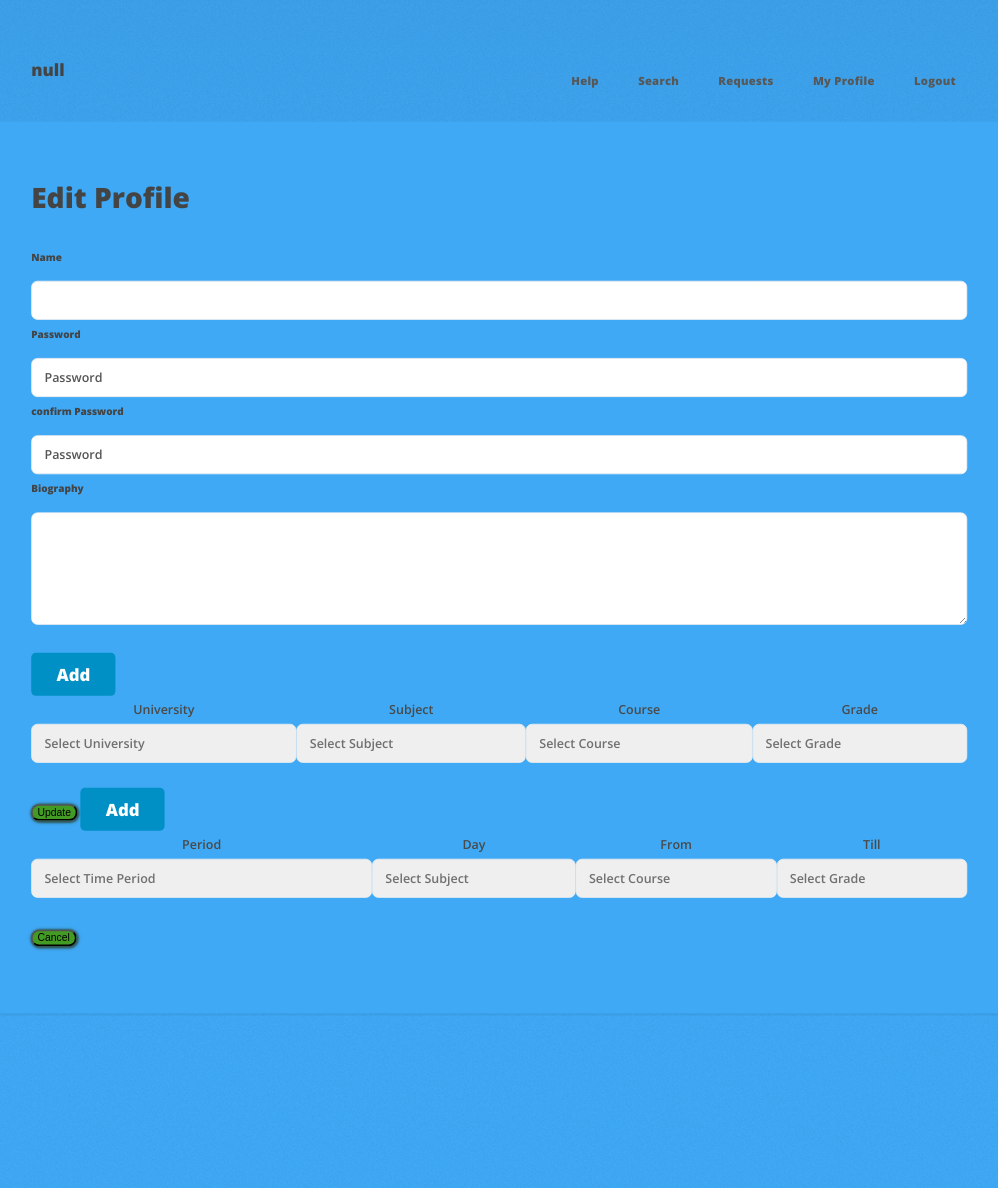
Repository: unibe-ese/ese2015-team7
Page: http://localhost/Skeleton/pages/editProfile.jsp
An editor plug-in stored every save of this project. The page is shown before and after the next save, followed by the edit.
The browser window is 1280 px wide. The pictures show the whole page, at 78% of full size.
Some web fonts or font styles are not loaded; a fallback is used. The page is served by Tomcat 9. Nobody is signed in. The application's start-up code is not run. Other server files are loaded and not shown. The template is opened directly, without the code that normally fills it, so the values that code supplies are empty.

Above is the page before, as saved 2015-11-01 19:29:42.

### Prototype/Skeleton/src/main/webapp/pages/editProfile.jsp
<%@ page language="java" pageEncoding="UTF-8" contentType="text/html;charset=utf-8" %>
<%@ taglib prefix="c" uri="http://java.sun.com/jsp/jstl/core" %>
<%@ taglib prefix="form" uri="http://www.springframework.org/tags/form" %>
<%@ taglib prefix="spring" uri="http://www.springframework.org/tags" %>
<%@ taglib prefix="security" uri="http://www.springframework.org/security/tags" %>
<%@ taglib prefix="fn" uri="http://java.sun.com/jsp/jstl/functions"%>



<c:import url="template/header.jsp" />

<h2>Edit Profile</h2>
	<form:form method="POST" modelAttribute="signupForm" action="editProfile" id="editProfileForm" cssClass="form-horizontal"  autocomplete="off">
	    <fieldset>
	       <c:if test="${not empty infoMessage}">
	                <div>${infoMessage}</div>
	            </c:if>

	        <c:set var="nameErrors"><form:errors path="name"/></c:set>
	        <div class="control-group<c:if test="${not empty nameErrors}"> error</c:if>">
	            <label class="control-label" for="field-name">Name</label>
	            <div class="controls">
	                <form:input path="name" id="field-name" tabindex="1" maxlength="35"/>
	                <form:errors path="name" cssClass="help-inline" element="span"/>
	            </div>
	        </div>
	        <c:set var="passwordErrors"><form:errors path="password"/></c:set>
	        <div class="control-group<c:if test="${not empty passwordErrors}"> error</c:if>">
	            <label class="control-label" for="field-password">Password</label>
	            <div class="controls">
	                <form:password path="password" id="field-password" tabindex="1" maxlength="35" placeholder="Password"/>
	                <form:errors path="password" cssClass="help-inline" element="span"/>
	            </div>
	        </div>

	        <c:set var="passwordVerifyErrors"><form:errors path="passwordVerify"/></c:set>
	        <div class="control-group<c:if test="${not empty passwordVerifyErrors}"> error</c:if>">

	            <label class="control-label" for="field-passwordVerify">confirm Password</label>
	            <div class="controls">
	                <form:password path="passwordVerify" id="field-passwordVerify" tabindex="1" maxlength="35" placeholder="Password"/>
	                <form:errors path="passwordVerify" cssClass="help-inline" element="span"/>
	            </div>
	        </div>
	        <c:set var="biographyErrors"><form:errors path="biography"/></c:set>
	        <div class="control-group<c:if test="${not empty biographyErrors}"> error</c:if>">

	            <label class="control-label" for="field-biography">Biography</label>
	            <div class="controls">
	                <form:textarea path="biography" id="field-biography" tabindex="1" maxlength="250"/>
	                <form:errors path="biography" cssClass="help-inline" element="span"/>
	            </div>
	        </div>

			<br>

			<table>
				<thead>
                	<tr>
                    	<th>University</th>
                        <th>Subject</th>
                        <th>Course</th>
                        <th>Grade</th>
                        <th></th>
                    </tr>
                </thead>
                <tbody>
                	<tr><input type="button" id="addGradeButton" value="Add" /></tr>
                	<tr>
							<c:if test="${fn:length(signupForm.grades) == 0}" >
	                            <td>
	                            	<form:select path="grades[0].university" tabindex="1">
						           		<form:option value='None' label="Select University"/>
						           		<form:options items="${universities}" itemValue="universityName"/>
				            		</form:select>
				            	</td>
				            	<td>
				            		<form:select path="grades[0].subject" tabindex="1">
						           		<form:option value='None' label="Select Subject"/>
						           		<form:options items="${subjects}" itemValue="subjectName"/>
				            		</form:select>
				            	</td>
				            	<td>
				            		<form:select path="grades[0].course" tabindex="1">
						           		<form:option value='None' label="Select Course"/>
						           		<form:options items="${courses}" itemValue="courseName"/>
				            		</form:select>
				            	</td>
				            	<td>
				            		<form:select path="grades[0].grade" tabindex="1">
						           		<form:option value='None' label="Select Grade"/>
						           		<form:option value="1"/>
						           		<form:option value="2"/>
						           		<form:option value="3"/>
						           		<form:option value="4"/>
						           		<form:option value="5"/>
						           		<form:option value="6"/>
				            		</form:select>
				            	</td>
				            		<!-- Remove button missing -->
		                	</c:if>
		                	<c:if test="${fn:length(signupForm.grades) > 0}" >
		                	<c:forEach items="${signupForm.grades}" var="element" varStatus="i" begin="0">
		                		<tr>
									<td>
										<form:select path="grades[${i.index}].university" tabindex="1">
								    		<form:option value='None' label="Select University"/>
								    		<form:options items="${universities}" itemValue="universityName"/>
								    	</form:select>
									</td>
									<td>
								   		<form:select path="grades[${i.index}].subject" tabindex="1">
								    		<form:option value='None' label="Select Subject"/>
								    		<form:options items="${subjects}" itemValue="subjectName"/>
								   		</form:select>
								   	</td>
								   	<td>
								   		<form:select path="grades[${i.index}].course" tabindex="1">
								    		<form:option value='None' label="Select Course"/>
								    		<form:options items="${courses}" itemValue="courseName"/>
								   		</form:select>
								   	</td>
								   	<td>
								   		<form:select path="grades[${i.index}].grade" tabindex="1">
								    		<form:option value='None' label="Select Grade"/>
								    		<form:option value="1"/>
								    		<form:option value="2"/>
								    		<form:option value="3"/>
								    		<form:option value="4"/>
								    		<form:option value="5"/>
								    		<form:option value="6"/>
								   		</form:select>
								   	</td>
								   		<!-- Remove button missing -->
								</tr>
							</c:forEach>
							</c:if>
					</tr>
					<tr id="submitRow" /> <!-- Hier wird neue Zeile eingefügt -->
                </tbody>
			</table>

			<button type="submit" class="btn btn-primary">Update</button>

			<table>
				<thead>
                	<tr>
                    	<th>Period</th>
                        <th>Day</th>
                        <th>From</th>
                        <th>Till</th>
                        <th></th>
                    </tr>
                </thead>
                <tbody>
                	<tr><input type="button" id="addGradeButton" value="Add" /></tr>
                	<tr>
							<c:if test="${fn:length(signupForm.timeSlots) == 0}" >
	                            <td>
	                            	<form:select path="timeSlots[0].semesterOrSemesterBreak" tabindex="1">
						           		<form:option value='None' label="Select Time Period"/>
						           		<form:option value="Herbstsemester 2015"/>
						           		<form:option value="Semesterferien Dez. - Feb."/>
						           		<form:option value="frühjahrssemester 2016"/>
				            		</form:select>
				            	</td>
				            	<td>
				            		<form:select path="grades[0].subject" tabindex="1">
						           		<form:option value='None' label="Select Subject"/>
						           		<form:options items="${subjects}" itemValue="subjectName"/>
				            		</form:select>
				            	</td>
				            	<td>
				            		<form:select path="grades[0].course" tabindex="1">
						           		<form:option value='None' label="Select Course"/>
						           		<form:options items="${courses}" itemValue="courseName"/>
				            		</form:select>
				            	</td>
				            	<td>
				            		<form:select path="grades[0].grade" tabindex="1">
						           		<form:option value='None' label="Select Grade"/>
						           		<form:option value="1"/>
						           		<form:option value="2"/>
						           		<form:option value="3"/>
						           		<form:option value="4"/>
						           		<form:option value="5"/>
						           		<form:option value="6"/>
				            		</form:select>
				            	</td>
				            		<!-- Remove button missing -->
		                	</c:if>
		                	<c:if test="${fn:length(signupForm.grades) > 0}" >
		                	<c:forEach items="${signupForm.grades}" var="element" varStatus="i" begin="0">
		                		<tr>
									<td>
										<form:select path="grades[${i.index}].university" tabindex="1">
								    		<form:option value='None' label="Select University"/>
								    		<form:options items="${universities}" itemValue="universityName"/>
								    	</form:select>
									</td>
									<td>
								   		<form:select path="grades[${i.index}].subject" tabindex="1">
								    		<form:option value='None' label="Select Subject"/>
								    		<form:options items="${subjects}" itemValue="subjectName"/>
								   		</form:select>
								   	</td>
								   	<td>
								   		<form:select path="grades[${i.index}].course" tabindex="1">
								    		<form:option value='None' label="Select Course"/>
								    		<form:options items="${courses}" itemValue="courseName"/>
								   		</form:select>
								   	</td>
								   	<td>
								   		<form:select path="grades[${i.index}].grade" tabindex="1">
								    		<form:option value='None' label="Select Grade"/>
								    		<form:option value="1"/>
								    		<form:option value="2"/>
								    		<form:option value="3"/>
								    		<form:option value="4"/>
								    		<form:option value="5"/>
								    		<form:option value="6"/>
								   		</form:select>
								   	</td>
								   		<!-- Remove button missing -->
								</tr>
							</c:forEach>
							</c:if>
					</tr>
					<tr id="submitRow" /> <!-- Hier wird neue Zeile eingefügt -->
                </tbody>
			</table>

	    </fieldset>
	</form:form>

<button type="button" class="btn-edit" onclick="location.href='/Skeleton/profile'">Cancel</button>

<c:import url="template/footer.jsp" />


<script type="text/javascript">
$(document).ready(function() {

	var countList = new Array();
	<c:forEach items="${signupForm.grades}">
	    var dummy= new Object();
	    countList.push(dummy);
	</c:forEach>

	var gradePosition = countList.length - 1;

	$("#addGradeButton").click(function() {
		gradePosition++;

		$.get("<%=request.getContextPath()%>/editProfileAppend", { fieldId: gradePosition},
			function(data){
				$("#submitRow").before(data);
		});
	});
});
</script>

### Prototype/Skeleton/src/main/webapp/pages/template/header.jsp
<%@ taglib prefix="c" uri="http://java.sun.com/jsp/jstl/core" %>
<%@ taglib prefix="security" uri="http://www.springframework.org/security/tags" %>

<!DOCTYPE HTML>
<html>
	<head>
	<link rel="shortcut icon" type="image/x-icon" href="/Skeleton/img/favicon.ico">
		<title>StudentConnector</title>
		<meta http-equiv="content-type" content="text/html; charset=utf-8" />
		<meta name="description" content="" />
		<meta name="keywords" content="" />
		<!--[if lte IE 8]><script src="/Skeleton/css/ie/html5shiv.js"></script><![endif]-->
		<script src="/Skeleton/js/jquery.min.js"></script>
		<script src="/Skeleton/js/jquery.dropotron.min.js"></script>
		<script src="/Skeleton/js/skel.min.js"></script>
		<script src="/Skeleton/js/skel-layers.min.js"></script>
		<script src="/Skeleton/js/init.js"></script>
		<link rel="stylesheet" href="/Skeleton/css/awesomeStyle.css" />
		<!--[if lte IE 8]><link rel="stylesheet" href="/Skeleton/css/ie/v8.css" /><![endif]-->
	</head>
	<body class="no-sidebar">

		<!-- Header -->

			<div id="header-wrapper">
				<header id="header" class="container">
				<h3><% out.println(request.getSession().getAttribute("username") ); %></h3>

					<!-- Nav -->
						<nav id="nav">
							<ul>
								<li><a href="/Skeleton/help">Help</a></li>
								<li><a href="/Skeleton/search">Search</a></li>
								<li>
									<a href="/Skeleton/requests">Requests</a>
									<ul>
										<li><a href="/Skeleton/requests">Incoming Requests</a></li>
										<li><a href="/Skeleton/myRequests">Outgoing Requests</a></li>
									</ul>
								</li>

								<li>
									<a href="/Skeleton/profile">My Profile</a>
								</li>
								<li><a href="<c:url value="j_spring_security_logout" />">Logout</a></li>
							</ul>
						</nav>

				</header>
			</div>

		<!-- Main -->
			<div id="main-wrapper">
				<div class="container">
					<div id="content">

						<!-- Content -->
							<article>

### Prototype/Skeleton/src/main/webapp/pages/template/footer.jsp
	</article>

					</div>
				</div>
			</div>

		<!-- Footer -->
			<div id="footer-wrapper">
				<footer id="footer" class="container">
				</footer>
			</div>
	</body>
</html>

### Prototype/Skeleton/src/main/webapp/css/awesomeStyle.css
body {
	font-weight:700!important;
	color: #4A4A4A!important;
}

button {
	border-radius: 10px;
	background-color: #429c23;
	box-shadow: 1px 1px 3px 2px rgba(42,45,0,0.69);
	color:	#000000;
}

th, td {
	font-weight: 600;
}

input, select, textarea {
	font-weight:600;
	color:#707070;
}

.errorMessage {
	font-size: 18px;
	font-weight: 600;
	color:#903000;
}

#nav ul li a {
	font-weight:700;
	color:#575757;
}

.tableHeader th, .tableHeader td {s
	font-weight: 900;
}

.withBox th, .withBox td{
	border:none;
	border-bottom:1px solid #707070;
	text-align:center;
}

#noBox {
	border: none;
}

#buttonBox {
	padding: 1% 1% 0% 1%;
	display: inline-block;
	border: 1px ridge #429c23;
};
}

Loaded but not shown: Prototype/Skeleton/src/main/webapp/js/jquery.min.js (library); Prototype/Skeleton/src/main/webapp/js/jquery.dropotron.min.js (library); Prototype/Skeleton/src/main/webapp/js/skel.min.js (library); Prototype/Skeleton/src/main/webapp/js/skel-layers.min.js (library); Prototype/Skeleton/src/main/webapp/css/font-awesome.min.css (library); Prototype/Skeleton/src/main/webapp/js/init.js (81 lines, source omitted); Prototype/Skeleton/src/main/webapp/css/style.css (697 lines, source omitted); Prototype/Skeleton/src/main/webapp/css/style-desktop.css (366 lines, source omitted)

After the next save:
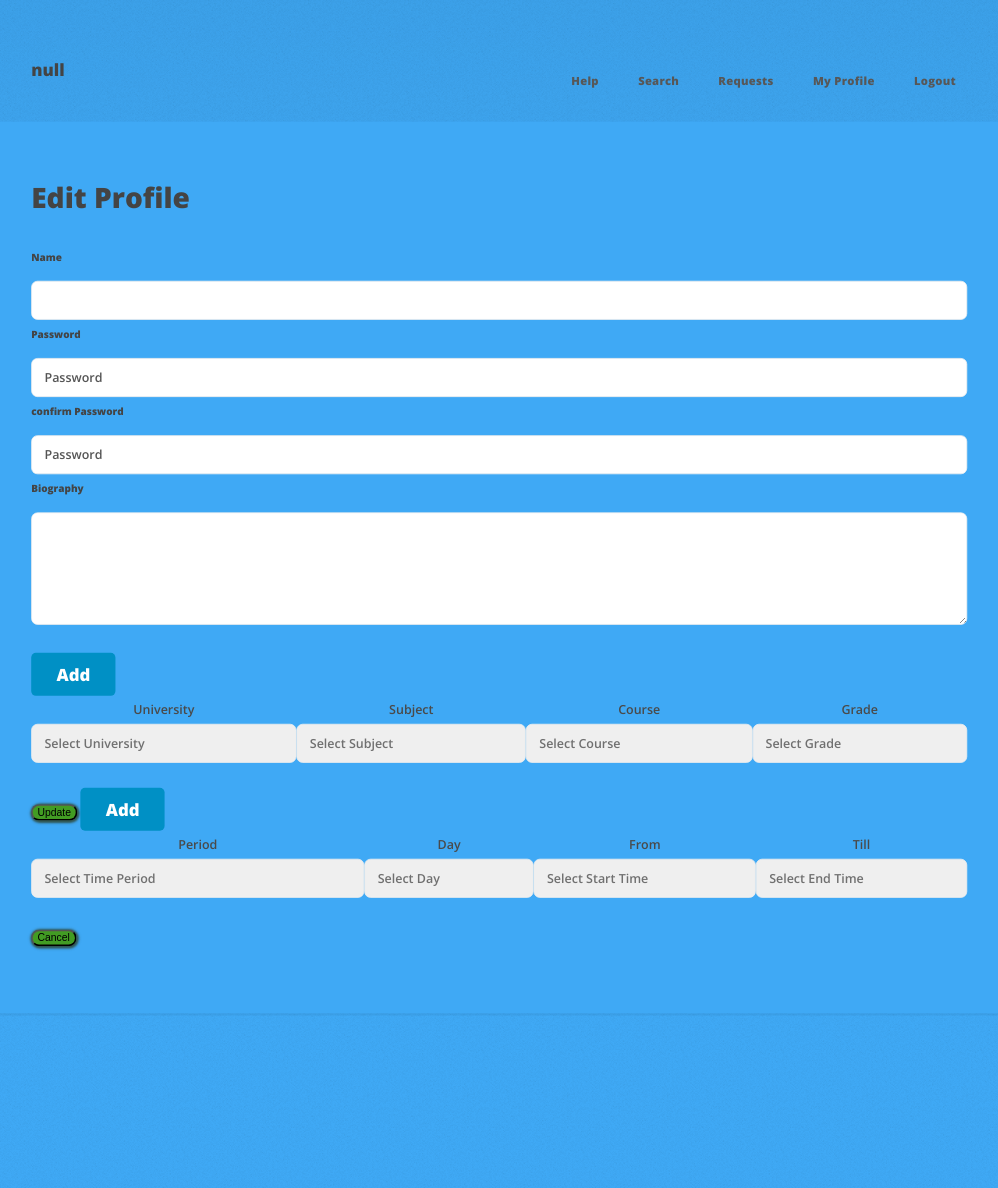
Saved 2 min 54 s later.
--- a/Prototype/Skeleton/src/main/webapp/pages/editProfile.jsp
+++ b/Prototype/Skeleton/src/main/webapp/pages/editProfile.jsp
@@ -160,31 +160,63 @@
 	                            	<form:select path="timeSlots[0].semesterOrSemesterBreak" tabindex="1">
 						           		<form:option value='None' label="Select Time Period"/>
 						           		<form:option value="Herbstsemester 2015"/>
-						           		<form:option value="Semesterferien Dez. - Feb."/>
-						           		<form:option value="frühjahrssemester 2016"/>
-				            		</form:select>
-				            	</td>
-				            	<td>
-				            		<form:select path="grades[0].subject" tabindex="1">
-						           		<form:option value='None' label="Select Subject"/>
-						           		<form:options items="${subjects}" itemValue="subjectName"/>
-				            		</form:select>
-				            	</td>
-				            	<td>
-				            		<form:select path="grades[0].course" tabindex="1">
-						           		<form:option value='None' label="Select Course"/>
-						           		<form:options items="${courses}" itemValue="courseName"/>
-				            		</form:select>
-				            	</td>
-				            	<td>
-				            		<form:select path="grades[0].grade" tabindex="1">
-						           		<form:option value='None' label="Select Grade"/>
-						           		<form:option value="1"/>
-						           		<form:option value="2"/>
-						           		<form:option value="3"/>
-						           		<form:option value="4"/>
-						           		<form:option value="5"/>
-						           		<form:option value="6"/>
+						           		<form:option value="Semesterferien im Winter"/>
+						           		<form:option value="Frühjahrssemester 2016"/>
+						           		<form:option value="Semesterferien im Sommer"/>
+				            		</form:select>
+				            	</td>
+				            	<td>
+				            		<form:select path="timeSlots[0].day" tabindex="1">
+						           		<form:option value='None' label="Select Day"/>
+						           		<form:option value="Montag"/>
+						           		<form:option value="Dienstag"/>
+						           		<form:option value="Mittwoch"/>
+						           		<form:option value="Donnerstag"/>
+						           		<form:option value="Freitag"/>
+						           		<form:option value="Samstag"/>
+						           		<form:option value="Sonntag"/>
+				            		</form:select>
+				            	</td>
+				            	<td>
+				            		<form:select path="timeSlots[0].startTime" tabindex="1">
+						           		<form:option value='None' label="Select Start Time"/>
+						           		<form:option value="07:00"/>
+						           		<form:option value="08:00"/>
+						           		<form:option value="09:00"/>
+						           		<form:option value="10:00"/>
+						           		<form:option value="11:00"/>
+						           		<form:option value="12:00"/>
+						           		<form:option value="13:00"/>
+						           		<form:option value="14:00"/>
+						           		<form:option value="15:00"/>
+						           		<form:option value="16:00"/>
+						           		<form:option value="17:00"/>
+						           		<form:option value="18:00"/>
+						           		<form:option value="19:00"/>
+						           		<form:option value="20:00"/>
+						           		<form:option value="21:00"/>
+						           		<form:option value="22:00"/>
+				            		</form:select>
+				            	</td>
+				            	<td>
+				            		<form:select path="timeSlots[0].endTime" tabindex="1">
+						           		<form:option value='None' label="Select End Time"/>
+						           		<form:option value="08:00"/>
+						           		<form:option value="09:00"/>
+						           		<form:option value="10:00"/>
+						           		<form:option value="11:00"/>
+						           		<form:option value="12:00"/>
+						           		<form:option value="13:00"/>
+						           		<form:option value="14:00"/>
+						           		<form:option value="15:00"/>
+						           		<form:option value="16:00"/>
+						           		<form:option value="17:00"/>
+						           		<form:option value="18:00"/>
+						           		<form:option value="19:00"/>
+						           		<form:option value="20:00"/>
+						           		<form:option value="21:00"/>
+						           		<form:option value="22:00"/>
+						           		<form:option value="22:00"/>
 				            		</form:select>
 				            	</td>
 				            		<!-- Remove button missing -->
